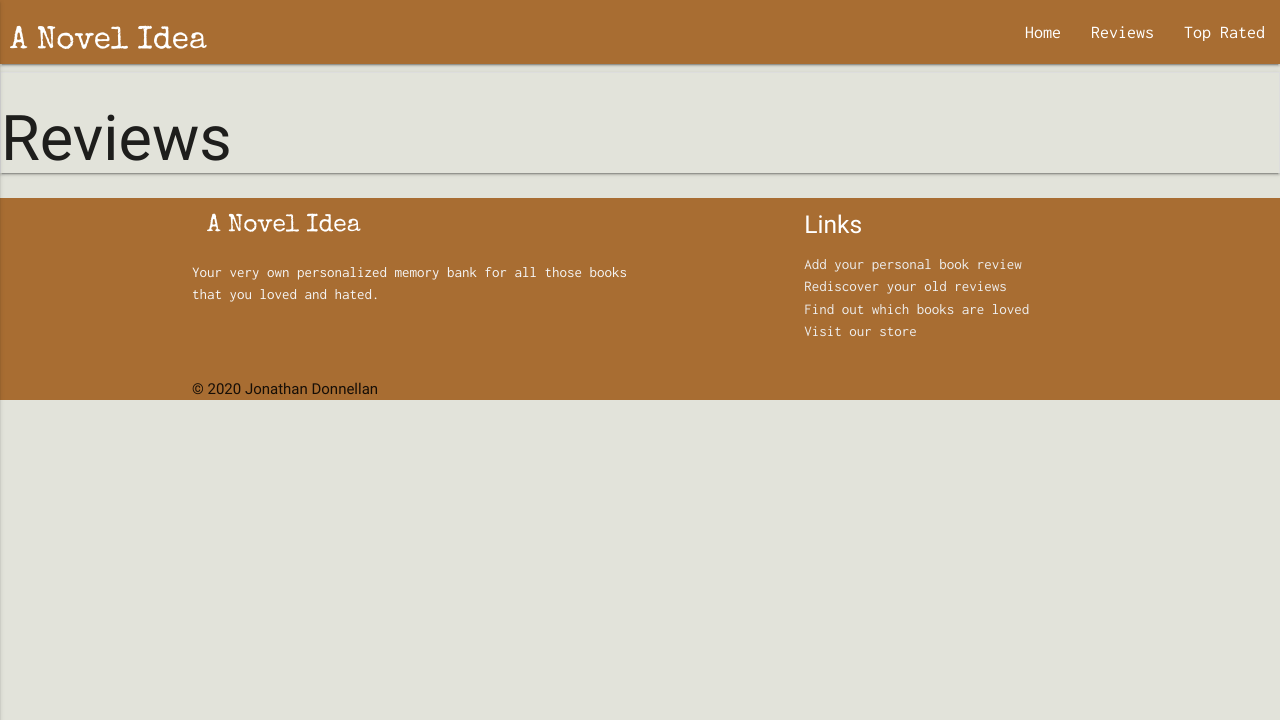
Repository: johnny-don/a-novel-idea
Page: http://localhost/
The author's editor kept a record of every edit. The page is drawn from the files as they stood at one moment, then again after the next edit.
The browser window is 1280 px wide. The pictures show the whole page.
Some web libraries are served in a nearby version. The page is served by the project's application, run on Flask 3 (app.py). Queries for data that is not in the repository find no rows.

Above is the page before.

After the next edit:
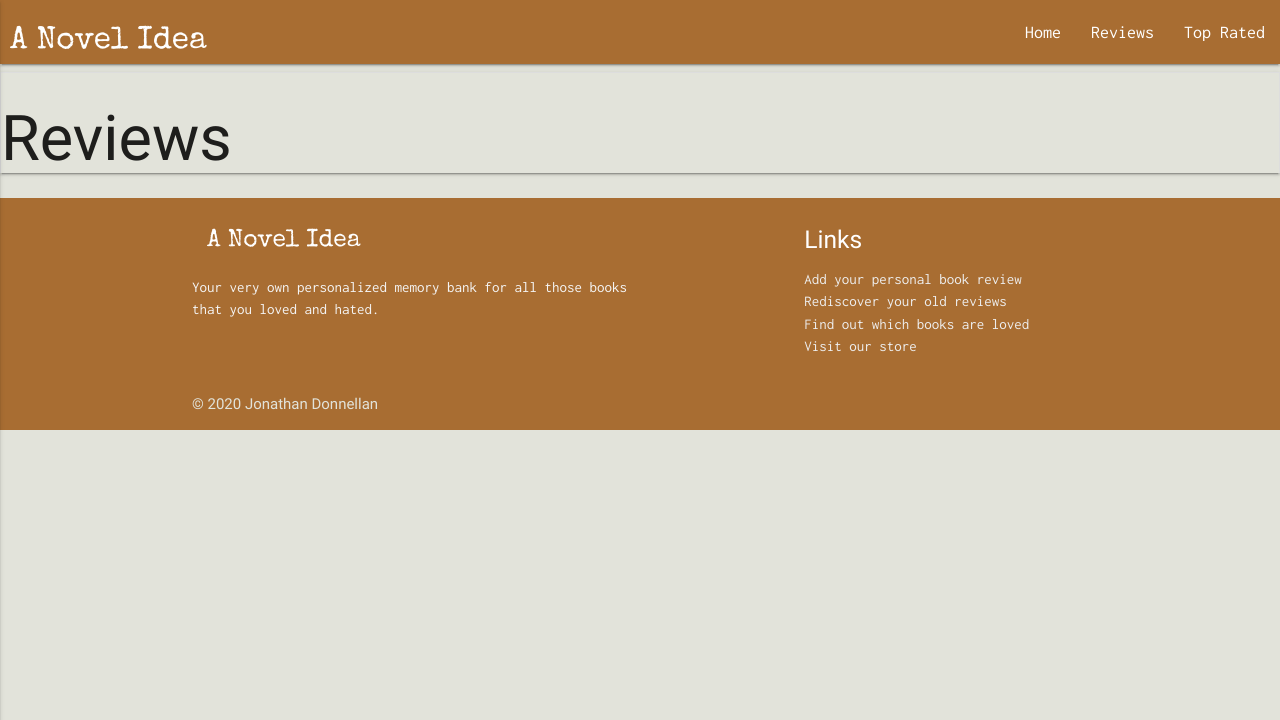
The edit:
--- a/static/css/style.css
+++ b/static/css/style.css
@@ -64,8 +64,9 @@
 
 /* footer */
 
-.page-footer {
-    padding-top: 20px;
+.footer {
+    padding-top: 15px;
+    padding-bottom: 15px;
     color: #e2e3da;
     background-color: #a86d32;
 }
